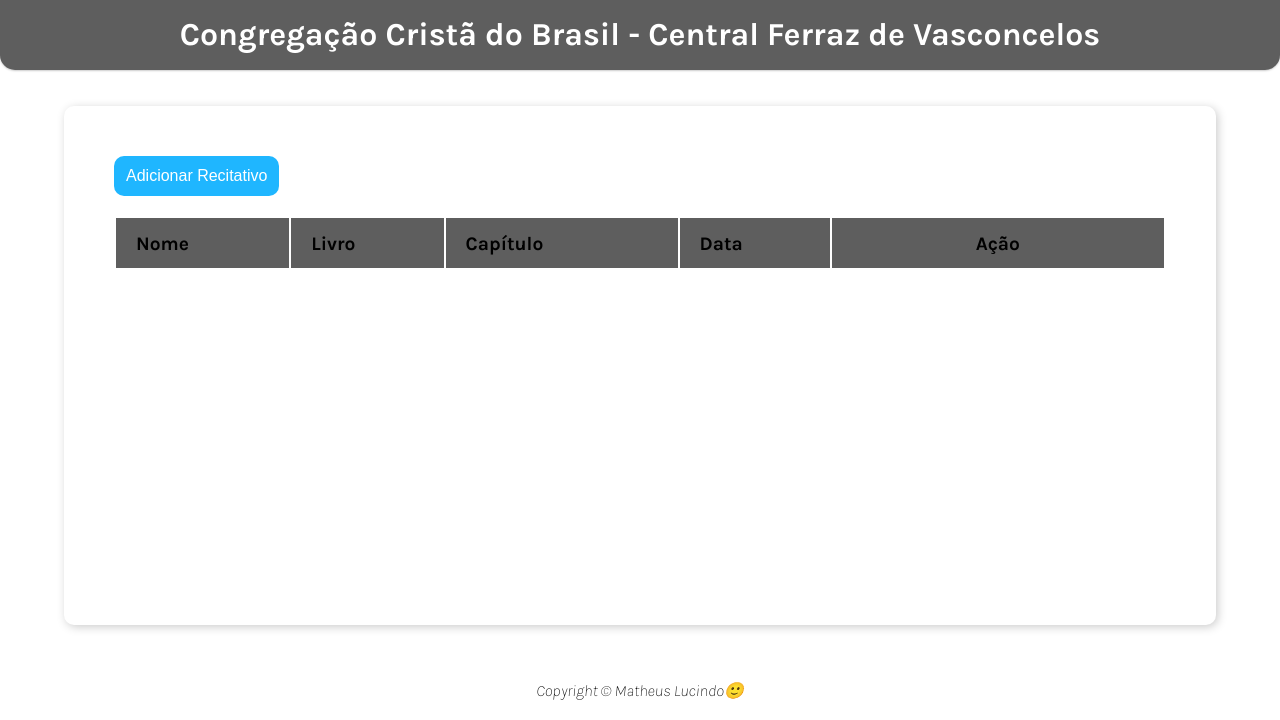
Repository: Matheus904-12/API-da-CCB
Page: beta4/index.html
These files come from the project's save history. The page is drawn as it stood at one moment and after the next save; the edit follows.
The browser window is 1280 px wide. The pictures show the whole page.

Above is the page before, as saved 2024-01-12 20:01:09.

After the next save:
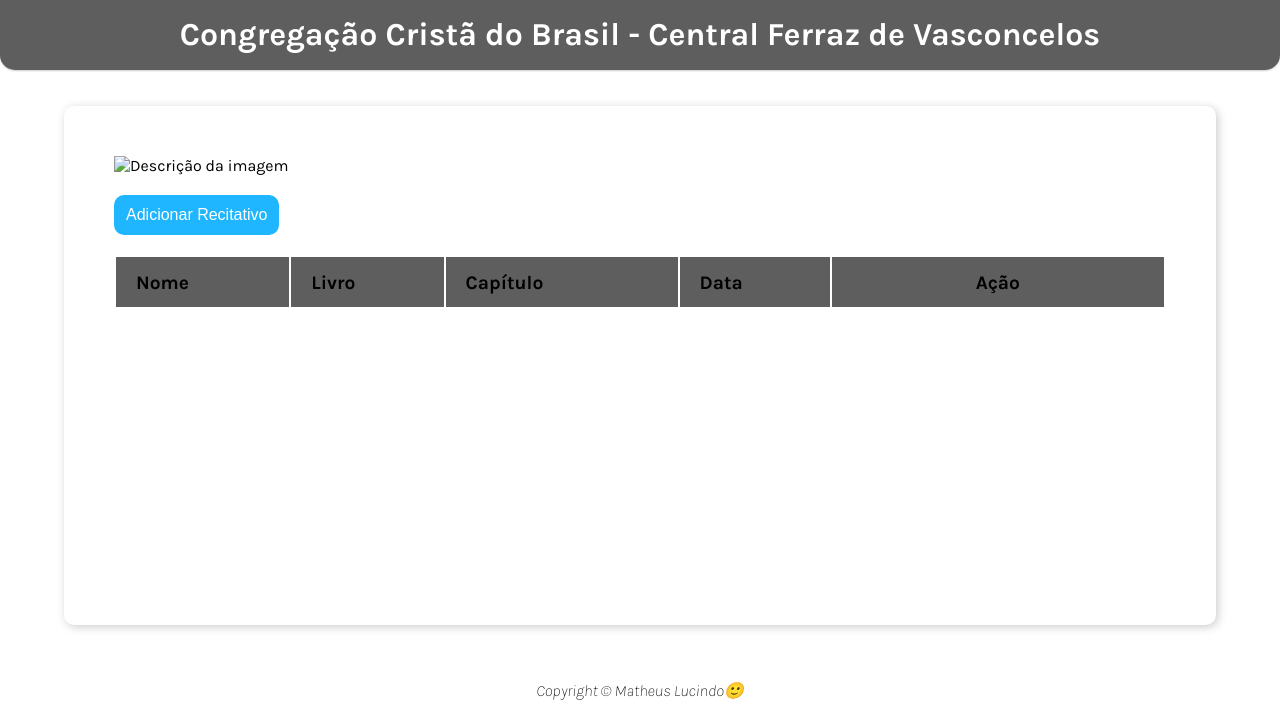
Not found: beta4/caminho/para/sua/imagem.jpg
Saved 11 min 25 s later.
--- a/beta4/index.html
+++ b/beta4/index.html
@@ -21,6 +21,7 @@
         <h1 class="header-title">Congregação Cristã do Brasil - Central Ferraz de Vasconcelos</h1>
     </header>
     <main>
+        <img src="caminho/para/sua/imagem.jpg" alt="Descrição da imagem">
         <button type="button" class="button blue mobile" id="cadastrarCliente">Adicionar Recitativo</button>
         <table id="tableClient" class="records">
             <thead>
